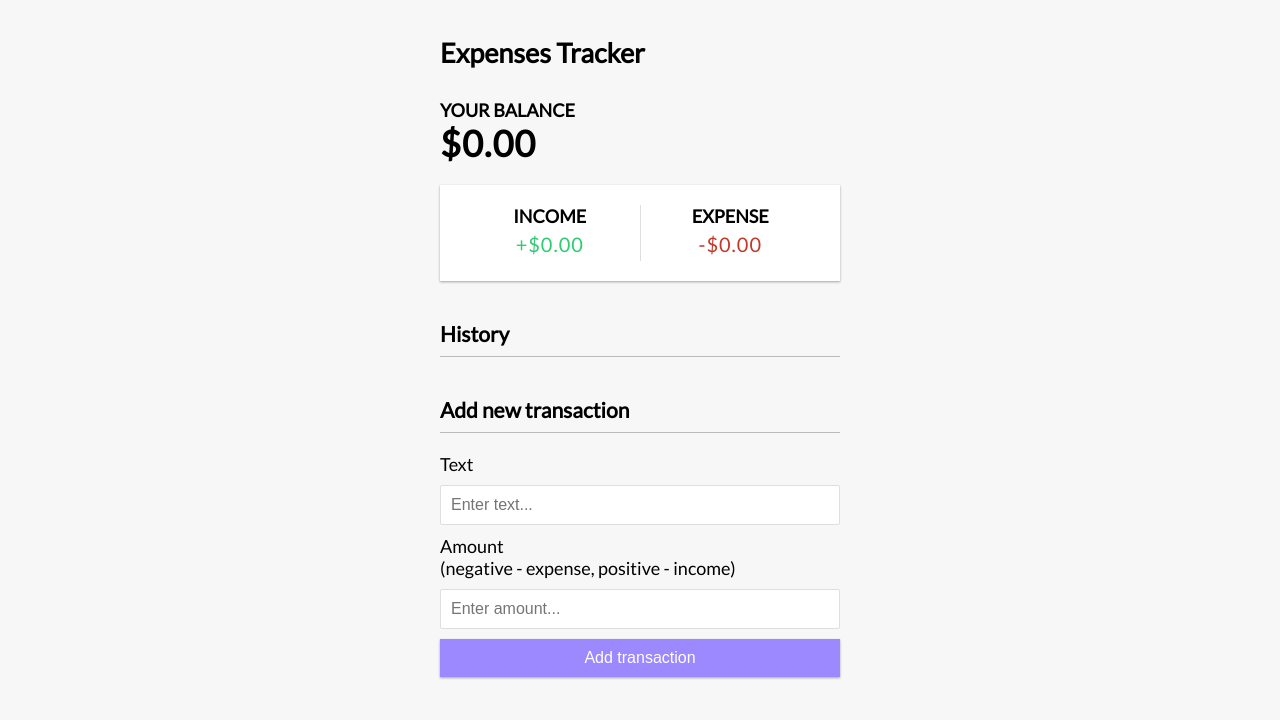
Repository: AyushMahatara/VUE-expense-tracker-app
Page: /
These files come from the project's save history. The page is drawn as it stood at one moment and after the next save; the edit follows.
The browser window is 1280 px wide. The pictures show the whole page.
The project was rebuilt for these pictures with package versions that can differ from the ones it lists, and the page was loaded fresh each time. Also part of the build but not shown: vite.config.js.

Above is the page before, as saved 2023-12-29 14:38:49.

### index.html
<!DOCTYPE html>
<html lang="en">
  <head>
    <meta charset="UTF-8" />
    <link rel="icon" href="/public/favicon.ico" />
    <meta name="viewport" content="width=device-width, initial-scale=1.0" />
    <title>Expense Tracker</title>
  </head>
  <body>
    <div id="app"></div>
    <script type="module" src="/src/main.js"></script>
  </body>
</html>

### src/assets/style.css
@import url("https://fonts.googleapis.com/css?family=Lato&display=swap");

:root {
  --box-shadow: 0 1px 3px rgba(0, 0, 0, 0.12), 0 1px 2px rgba(0, 0, 0, 0.24);
}

* {
  box-sizing: border-box;
}

body {
  background-color: #f7f7f7;
  display: flex;
  flex-direction: column;
  align-items: center;
  justify-content: center;
  min-height: 100vh;
  margin: 0;
  font-family: "Lato", sans-serif;
  font-size: 18px;
}

.container {
  margin: 30px auto;
  width: 400px;
}

h1 {
  letter-spacing: 1px;
  margin: 0;
}

h3 {
  border-bottom: 1px solid #bbb;
  padding-bottom: 10px;
  margin: 40px 0 10px;
}

h4 {
  margin: 0;
  text-transform: uppercase;
}

.inc-exp-container {
  background-color: #fff;
  box-shadow: var(--box-shadow);
  padding: 20px;
  display: flex;
  justify-content: space-between;
  margin: 20px 0;
}

.inc-exp-container > div {
  flex: 1;
  text-align: center;
}

.inc-exp-container > div:first-of-type {
  border-right: 1px solid #dedede;
}

.money {
  font-size: 20px;
  letter-spacing: 1px;
  margin: 5px 0;
}

.money.plus {
  color: #2ecc71;
}

.money.minus {
  color: #c0392b;
}

label {
  display: inline-block;
  margin: 10px 0;
}

input[type="text"],
input[type="number"] {
  border: 1px solid #dedede;
  border-radius: 2px;
  display: block;
  font-size: 16px;
  padding: 10px;
  width: 100%;
}

.btn {
  cursor: pointer;
  background-color: #9c88ff;
  box-shadow: var(--box-shadow);
  color: #fff;
  border: 0;
  display: block;
  font-size: 16px;
  margin: 10px 0 30px;
  padding: 10px;
  width: 100%;
}

.btn:focus,
.delete-btn:focus {
  outline: 0;
}

.list {
  list-style-type: none;
  padding: 0;
  margin-bottom: 40px;
}

.list li {
  background-color: #fff;
  box-shadow: var(--box-shadow);
  color: #333;
  display: flex;
  justify-content: space-between;
  position: relative;
  padding: 10px;
  margin: 10px 0;
}

.list li.plus {
  border-right: 5px solid #2ecc71;
}

.list li.minus {
  border-right: 5px solid #c0392b;
}

.delete-btn {
  cursor: pointer;
  background-color: #e74c3c;
  border: 0;
  color: #fff;
  font-size: 20px;
  line-height: 20px;
  padding: 2px 5px;
  position: absolute;
  top: 50%;
  left: 0;
  transform: translate(-100%, -50%);
  opacity: 0;
  transition: opacity 0.3s ease;
}

.list li:hover .delete-btn {
  opacity: 1;
}

### src/App.vue
<template>
  <Header />
  <div class="container">
    <Balance />
    <IncomeExpenses />
    <TransactionList :transactions="transactions" />
    <AddTransaction />
  </div>
</template>

<script setup>
import Header from "./components/Header.vue";
import Balance from "./components/Balance.vue";
import IncomeExpenses from "./components/IncomeExpense.vue";
import AddTransaction from "./components/AddTransaction.vue";
import TransactionList from "./components/TransactionList.vue";

//reactive so ref
import { ref } from "vue";
const transactions = [
  {
    id: 1,
    text: "Flower",
    amount: -20,
  },
  {
    id: 2,
    text: "Book",
    amount: 220,
  },
];
</script>

### src/components/Header.vue
<template>
  <h2>Expenses Tracker</h2>
</template>

<script></script>

### src/components/Balance.vue
<template>
  <h4>Your Balance</h4>
  <h1 id="balance">$0.00</h1>
</template>

### src/components/IncomeExpense.vue
<template>
  <div class="inc-exp-container">
    <div>
      <h4>Income</h4>
      <p id="money-plus" class="money plus">+$0.00</p>
    </div>
    <div>
      <h4>Expense</h4>
      <p id="money-minus" class="money minus">-$0.00</p>
    </div>
  </div>
</template>

### src/components/AddTransaction.vue
<template>
  <h3>Add new transaction</h3>
  <form id="form">
    <div class="form-control">
      <label for="text">Text</label>
      <input type="text" id="text" placeholder="Enter text..." />
    </div>
    <div class="form-control">
      <label for="amount"
        >Amount <br />
        (negative - expense, positive - income)</label
      >
      <input type="number" id="amount" placeholder="Enter amount..." />
    </div>
    <button class="btn">Add transaction</button>
  </form>
</template>

### src/components/TransactionList.vue
<template>
  <h3>History</h3>
  <ul id="list" class="list">
    <li
      v-for="transaction in transactions"
      :key="transaction.id"
      :class="transaction.amount < 0 ? 'minus' : 'plus'"
    >
      {{ transaction.text }} <span>${{ transaction.amount }}</span
      ><button class="delete-btn">x</button>
    </li>
    <!-- <li class="minus">
          Cash <span>-$400</span><button class="delete-btn">x</button>
        </li> -->
  </ul>
</template>

<script setup>
import { defineProps } from "vue";
</script>

Loaded but not shown: src/main.js (common file)

After the next save:
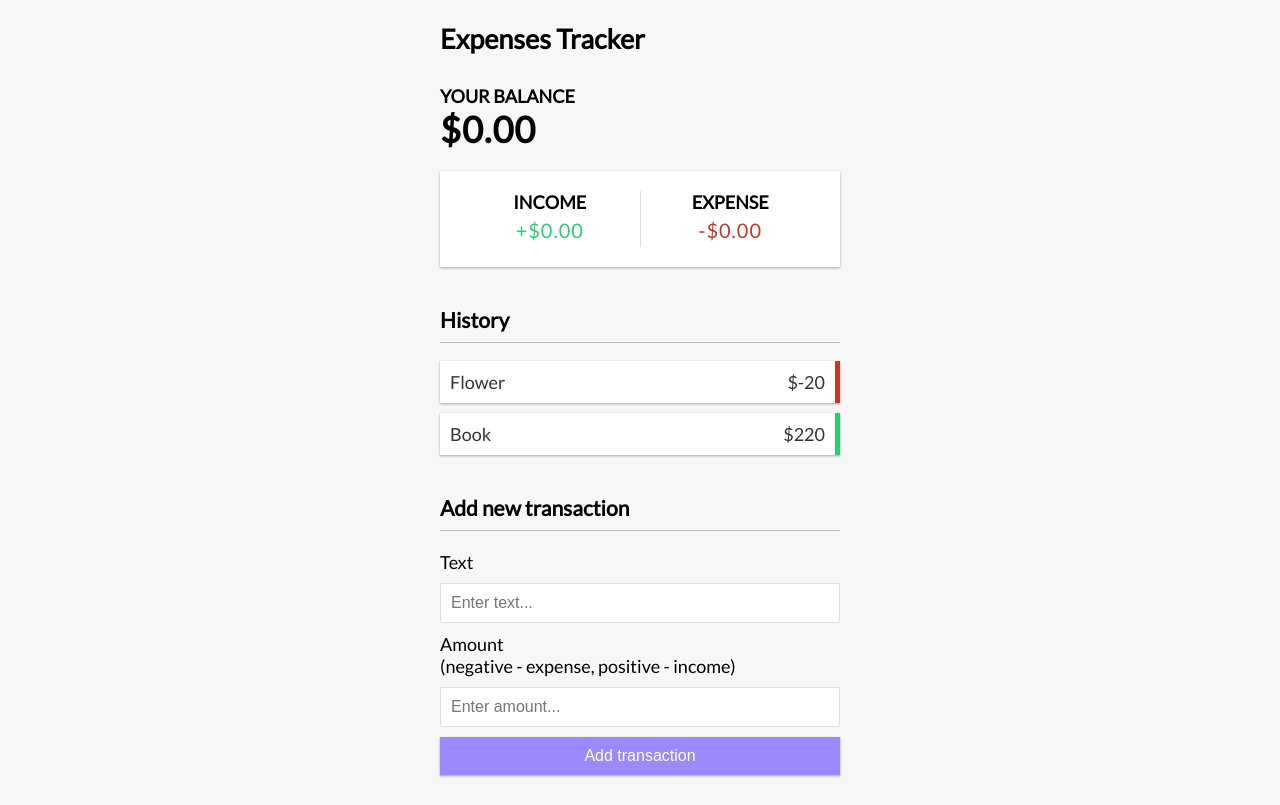
Saved 51 s later.
--- a/src/components/TransactionList.vue
+++ b/src/components/TransactionList.vue
@@ -17,4 +17,11 @@
 
 <script setup>
 import { defineProps } from "vue";
+
+const props = defineProps({
+  transactions: {
+    type: Array,
+    required: true,
+  },
+});
 </script>

After the 3 saves that followed:
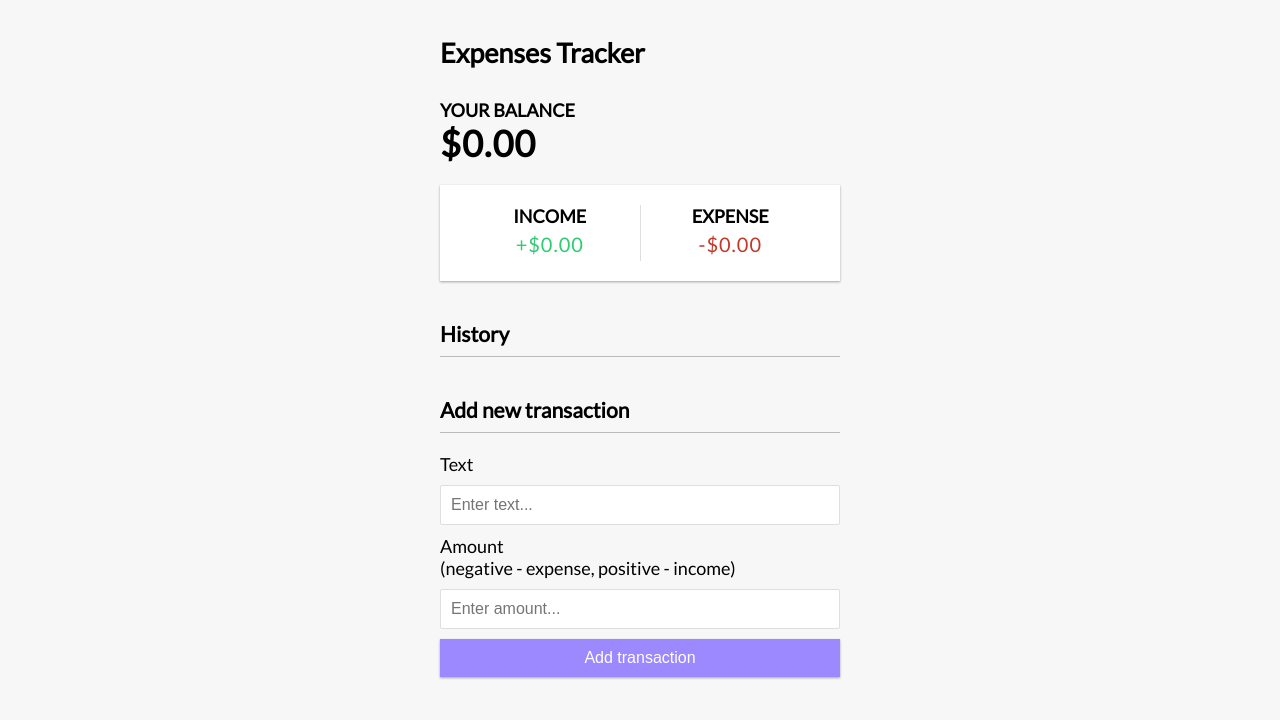
The 3 saves are shown as one change because 2 left the picture as it was.
The last was saved 22 s later.
--- a/src/components/TransactionList.vue
+++ b/src/components/TransactionList.vue
@@ -19,9 +19,9 @@
 import { defineProps } from "vue";
 
 const props = defineProps({
-  transactions: {
-    type: Array,
-    required: true,
-  },
+  //   transactions: {
+  //     type: Array,
+  //     required: true,
+  //   },
 });
 </script>
